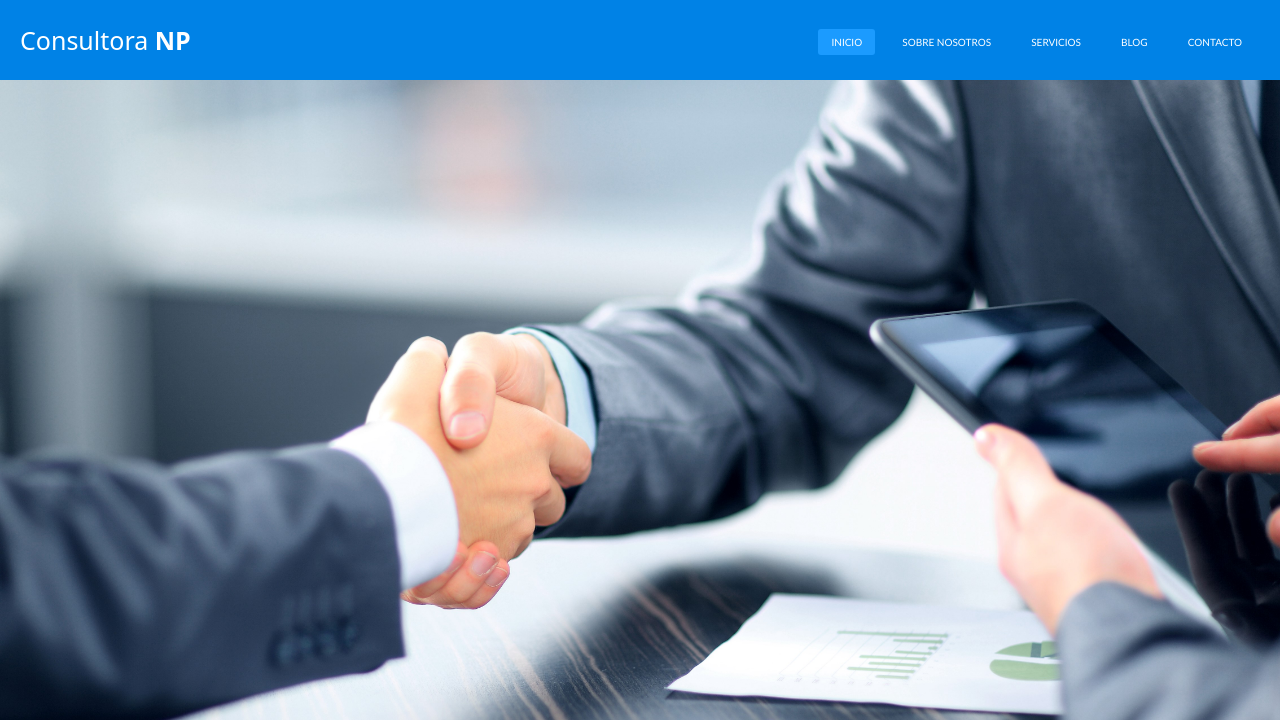
Repository: Batu120/pre-entrega2
Page: HTML/Blog.html
An editor plug-in stored every save of this project. The page is shown before and after the next save, followed by the edit.
The browser window is 1280 px wide. The pictures show the whole page.

Above is the page before, as saved 2022-10-29 21:31:36.

### HTML/Blog.html
<!DOCTYPE html>
<html lang="en" dir="ltr">
<head>
    <meta charset="UTF-8">
    <meta http-equiv="X-UA-Compatible" content="IE=edge">
    <meta name="viewport" content="width=device-width, initial-scale=1.0">
    <title>2da Pre Entrega</title>

    <!-- CSS -->
    <link rel="stylesheet" href="CSS/style.css">
    <link rel="stylesheet" href="https://cdnjs.cloudflare.com/ajax/libs/font-awesome/4.7.0/css/font-awesome.min.css">
</head>
<body>
    <nav>
        <input type="checkbox" id="check">
        <label for="check" class="checkbtn">
            <i style="font-size:24px" class="fa">&#xf0c9;</i>
        </label>
        <label class="logo">Consultora <label class="logo1">NP</label></label>
            <!-- Lista no ordenada -->
            <ul>
                <!-- Items / Menu -->
                <li><a class="active" href="#">Inicio</a></li>
                <li><a href="#">Sobre Nosotros</a></li>
                <li><a href="#">Servicios</a></li>
                <li><a href="#">Blog</a></li>
                <li><a href="#">Contacto</a></li>
            </ul>
    </nav>

    <section>

    </section>

### CSS/style.css
body {
    font-family:'Gill Sans', 'Gill Sans MT', Calibri, 'Trebuchet MS', sans-serif;
}

/* NAV BAR - LINKS- RESPONSIVE */
* {
    padding: 0;
    margin: 0;
    text-decoration: none;
    list-style: none;
    box-sizing: border-box;
}
nav {
    background: #0082e6;
    height: 80px;
    width: 100%;
}
/*  */
.logo{
    color: white;
    font-size: 25px;
    line-height: 80px;
    padding: 20px;
    font-weight:lighter;
    font-family:system-ui, -apple-system, BlinkMacSystemFont, 'Segoe UI', Roboto, Oxygen, Ubuntu, Cantarell, 'Open Sans', 'Helvetica Neue', sans-serif;
}
.logo1{
    color: white;
    font-weight: bold;
}
nav ul{
    float: right;
    margin-right: 20px;
    padding-top: 0%;
}
nav ul li{
    display: inline-block;
    line-height: 80px;
    margin: 0 5px;
}
nav ul li a{
    color: white;
    font-size: 10px;
    padding: 7px 13px;
    border-radius: 3px;
    text-transform: uppercase;
}
a.active,a:hover{
    background: #1b9bff;
    transition: .5s;
}
.checkbtn{
    font-size: 30px;
    color: white;
    float: right;
    line-height: 80px;
    margin-right: 30px;
    cursor: pointer;
    display: none;
}
#check{
    display: none;
}
/* PREUBA RESPONSIVE TEST */
/* @media (max-width: 1000px){
    label.logo {
        font-size: 25px;
        padding-left: 50px;
    }
    nav ul li a{
        font-size: 16px;
    }
} */
@media (max-width: 800px){
    .checkbtn{
        display: block;
    }
    ul{
        position: fixed;
        width: 100%;
        height: 100vh;
        background: #2c3e50;
        top: 80px;
        left: -100%;
        text-align: center;
        transition: all .5s;
    }
    nav ul li{
        display: block;
        margin: 50px 0;
        line-height: 30px;
    }
    nav ul li a {
        font-size: 20px;
    }
        a:hover,a.active{
        background:none;
        color: #0082e6;
        }
        #check:checked ~ ul{
        left: 0;
        }
    }

    section{
        background: url(/IMG/consultoria_img.jpeg) no-repeat;
        background-size: cover;
        height: calc(100vh - 80px);
    }

After the next save:
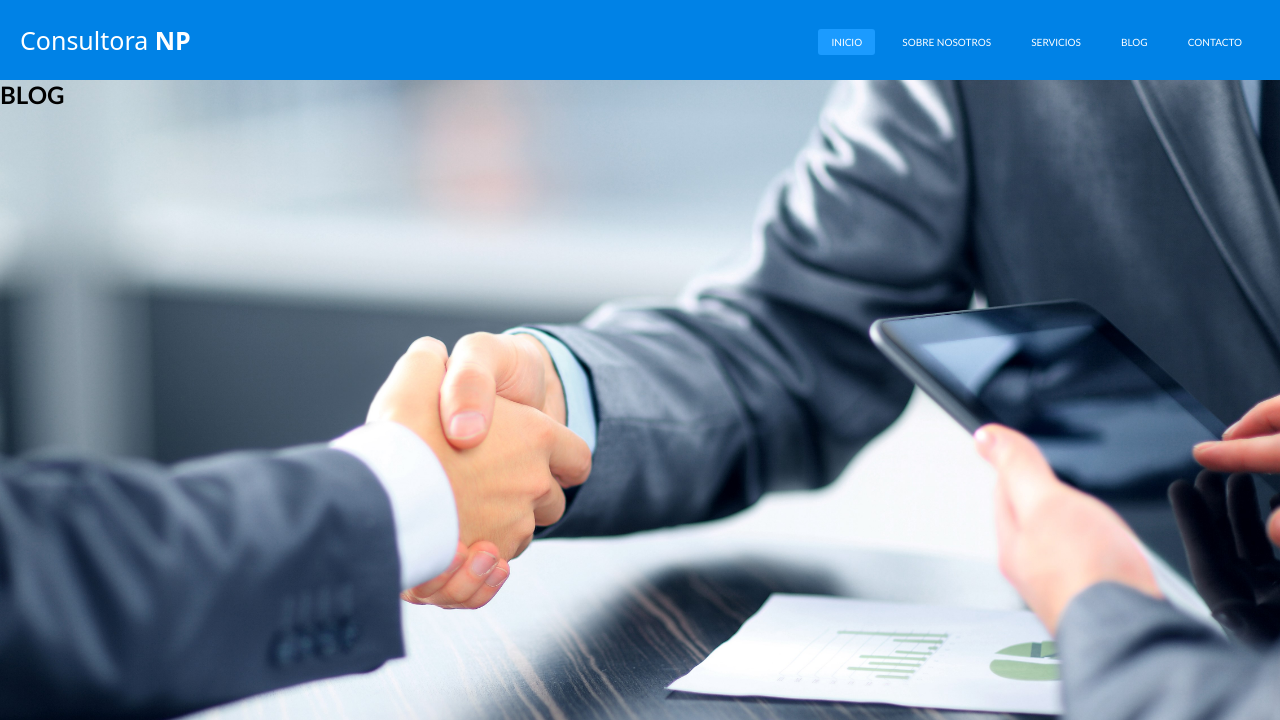
Saved 19 min 24 s later.
--- a/HTML/Blog.html
+++ b/HTML/Blog.html
@@ -29,5 +29,5 @@
     </nav>
 
     <section>
-
+        <h1>BLOG</h1>
     </section>
